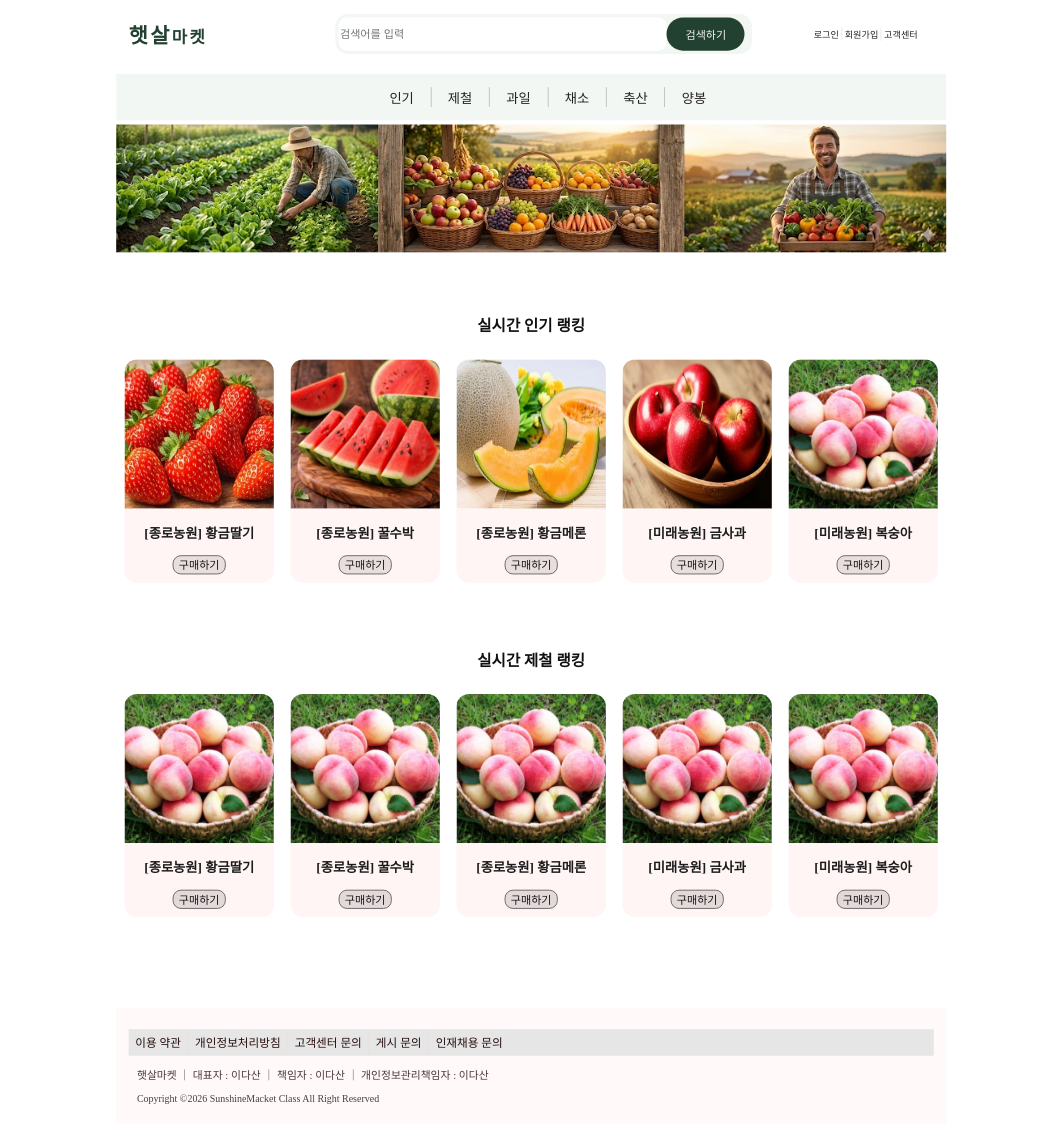
Repository: ham-zi/front-practice
Page: http://localhost/marketfresh/
The author's editor kept a copy of each file at every save. The page is drawn from the files as they stood at one save, then again after the next save.
The browser window is 1280 px wide. The pictures show the whole page, at 83% of full size.
The page is served by Tomcat 9. Nobody is signed in. The application's start-up code is not run. Other server files are loaded and not shown.

Above is the page before, as saved 2026-05-08 00:26:51.

### MINI_WEB-workspace/marketfresh/src/main/webapp/index.jsp
<%@ page language="java" contentType="text/html; charset=UTF-8"
    pageEncoding="UTF-8"%>
<%@ taglib prefix="c" uri="http://java.sun.com/jsp/jstl/core" %>

<!DOCTYPE html>
<html lang="en">
<head>
    <meta charset="UTF-8">
    <meta name="viewport" content="width=, initial-scale=1.0">
    <title>화면 구조 잡기</title>

    <style>
        #wrap, header, nav, main, footer {
            box-sizing: border-box;


        }
        #wrap{
            width : 1000px;
            height :1200px;
;
            margin : auto;
            display : flex;
            flex-direction: column;
        }

        header {
            flex : 1.5;
            display : flex;
            margin-bottom: 15px;
        }
        nav {
            flex : 0.5;
        }
        main {
            flex : 12;
            display : flex;
            flex-direction: column;
        }

        main > div {
        }

        footer {
            flex : 2;
        }

        #header_1{
            flex : 2;
            align-items: center;
    		justify-content: center;
    		padding : 15px;
        }

        #header_2{
            flex : 6;
        }
        #header_3{
            flex : 2;
        }

        #content_1{
            flex : 2;
        }

        #content_2{
            flex : 2;
        }

        #content_3{
            flex : 2;
        }
    </style>

    <link rel="stylesheet" href="/market/resources/css/footer.css">
    <link rel="stylesheet" href="/market/resources/css/searchform.css">
    <link rel="stylesheet" href="/market/resources/css/logo.css">
    <link rel="stylesheet" href="/market/resources/css/headerutil.css">
    <link rel="stylesheet" href="/market/resources/css/navbar.css">
    <link rel="stylesheet" href="/market/resources/css/content1.css">
    <link rel="styleSheet" href="/market/resources/css/main2.css">
    <link rel="styleSheet" href="/market/resources/css/main3.css">


</head>
<body>

    <div id="wrap">
        <header>
            <div id="header_1">
                <a href="#" id="logo_1">햇살<span id="logo_2">마켓</span></a>
            </div>

            <div id="header_2">
                <form action="search" method="get" id="search_form">
                    <div id="search_text">
                        <input type="text" name="query" placeholder="검색어를 입력">
                    </div>
                    <div id="search_btn">
                        <button>검색하기</button>
                    </div>
                </form>
            </div>

            <div id="header_3">
                <div id="util">

                	<c:choose>
					    <c:when test="${empty userInfo}">
		                	<form method="post" action="http://www.localhost:8088/market/login_page.do">
		                    	<button type="submit">로그인</button>
		                	</form>
		                	<form method="post" action="http://www.localhost:8088/market/enroll.do">
		                    	<button type="submit">회원가입</button>
	           			    </form>
					    </c:when>
	           			<c:otherwise>
		                	<form method="post" action="">
		                    	<button type="submit">로그아웃</button>
		                	</form>
		                	<form method="post" action="">
		                    	<button type="submit">장바구니</button>
		                	</form>
	           			</c:otherwise>
                	</c:choose>
                	<form method="" action="">
                    	<button type="submit">고객센터</button>
                	</form>


                </div>
            </div>
        </header>

        <nav>
            <ul id="navbar">
                <li><a href="#">인기</a></li>
                <li><a href="#">제철</a></li>
                <li><a href="#">과일</a></li>
                <li><a href="#">채소</a></li>
                <li><a href="#">축산</a></li>
                <li><a href="#">양봉</a></li>
            </ul>
        </nav>

        <main>
            <div id="content_1">
                <img src="/market/resources/image_upfiles/main.jpg" alt="농산물 이미지">
            </div>
                    <h3 id="content2_title">실시간 인기 랭킹</h3>
            <div id="content_2">
                <div>
                    <img src="/market/resources/image_upfiles/strawberry.jpg" alt="딸기이미지">
                    <div>
                        <p>[종로농원] 황금딸기</p>
                        <button>구매하기</button>
                    </div>
                </div>
                <div>
                    <img src="/market/resources/image_upfiles/watermelon.jpg" alt="">
                    <div>
                        <p>[종로농원] 꿀수박</p>
                        <button>구매하기</button>
                    </div>
                </div>
                <div>
                    <img src="/market/resources/image_upfiles/melon.jpg" alt="">
                    <div>
                        <p>[종로농원] 황금메론</p>
                        <button>구매하기</button>
                    </div>
                </div>
                <div>
                    <img src="/market/resources/image_upfiles/apple.jpg" alt="">
                    <div>
                        <p>[미래농원] 금사과</p>
                        <button>구매하기</button>
                    </div>
                </div>
                <div>
                    <img src="/market/resources/image_upfiles/peach.jpg" alt="">
                    <div>
                        <p>[미래농원] 복숭아</p>
                        <button>구매하기</button>
                    </div>
                </div>
            </div>
                    <h3 id="content2_title">실시간 제철 랭킹</h3>
            <div id="content_3">
                <div>
                    <img src="/market/resources/image_upfiles/peach.jpg" alt="딸기이미지">
                    <div>
                        <p>[종로농원] 황금딸기</p>
                        <button>구매하기</button>
                    </div>
                </div>
                <div>
                    <img src="/market/resources/image_upfiles/peach.jpg" alt="">
                    <div>
                        <p>[종로농원] 꿀수박</p>
                        <button>구매하기</button>
                    </div>
                </div>
                <div>
                    <img src="/market/resources/image_upfiles/peach.jpg" alt="">
                    <div>
                        <p>[종로농원] 황금메론</p>
                        <button>구매하기</button>
                    </div>
                </div>
                <div>
                    <img src="/market/resources/image_upfiles/peach.jpg" alt="">
                    <div>
                        <p>[미래농원] 금사과</p>
                        <button>구매하기</button>
                    </div>
                </div>
                <div>
                    <img src="/market/resources/image_upfiles/peach.jpg" alt="">
                    <div>
                        <p>[미래농원] 복숭아</p>
                        <button>구매하기</button>
                    </div>
                </div>
            </div>
        </main>

        <div id="footer">
            <ul id="footer_ul">
                <li>
                    <a href="#">이용 약관</a>
                </li>
                <li>
                    <a href="#">개인정보처리방침</a>
                </li>
                <li>
                    <a href="#">고객센터 문의</a>
                </li>
                <li>
                    <a href="#">게시 문의</a>
                </li>
                <li>
                    <a href="#">인재채용 문의</a>
                </li>
            </ul>
            <div id="footer_p">
                <p id="p_1">
                    햇살마켓 ｜ 대표자 : 이다산 ｜ 책임자 : 이다산 ｜  개인정보관리책임자 : 이다산

                </p>
                <p id="p_2">
                    Copyright ©2026 SunshineMacket Class All Right Reserved

                </p>
            </div>
        </div>
    </div>

</body>
</html>

### MINI_WEB-workspace/marketfresh/src/main/webapp/resources/css/footer.css
#footer {
    padding : 10px 15px;
    background-color: rgb(255, 249, 249);
}

#footer_ul{
    display : flex;
    margin-top : 15px;
    margin-bottom : 10px;
    background-color: rgb(230, 230, 230);
    padding : 2px 0px;
}

#footer_ul>li {
    list-style: none;
                padding: 0px 10px;
    border-right: 1px solid rgb(235, 225, 225);
    padding : 4px;
}

#footer_ul>li:last-child {
    border-right: none;
}

#footer_ul>li>a {
    text-decoration: none;
    font-size : 14px;
    color : rgb(39, 14, 14);
    font-weight : 400p;
    padding : 4px 4px;
    &:hover{
        color :black;
        font-weight : 500;
    }
}

#footer_p {
    padding-left : 10px;

}

#p_1{
    font-size : 13px;
    color : rgb(75, 55, 55);
    padding-top : 12;
}

#p_2{
    font-size : 12px;
    color :rgb(73, 63, 63)
}

### MINI_WEB-workspace/marketfresh/src/main/webapp/resources/css/searchform.css
#header_2{
    display : flex;
    align-items: center;
    justify-content: center;
}

#search_form{
    width : 85%;
    height : 40px;
    padding : 4px;
    border-radius: 15px;
    background-color: rgba(27, 94, 32, 0.05);
    display :flex;
}

#search_text{
    flex: 8;
}

#search_btn{
    flex: 2;
}

#search_text > input{
    width : 100%;
    height : 100%;
    border-radius: 10px;
    border : none;
    box-sizing: border-box;
    background-color: rgb(255, 255, 255);
    &:focus{
        outline: rgb(243, 243, 243);
    }
}

#search_btn > button {
    width: 95%;
    height: 100%;
    border-radius: 22px;
    border-style : none;
    background-image: none;
    background-color: rgb(35, 65, 48);
    color : rgb(243, 243, 243);
    &:hover {
        color: #fffefe;
        background-color: rgb(10, 29, 18);
        cursor:pointer;
    }
}

### MINI_WEB-workspace/marketfresh/src/main/webapp/resources/css/logo.css
#logo{
    display: flex;
    align-items: center;
    justify-content: center;
}

#logo_1{

    text-decoration: none;
    color: rgb(35, 65, 48);
    font-weight: 700;
    font-size : 25px;
    letter-spacing: 3px;
}

#logo_2{
    font-size : 20px;
}

### MINI_WEB-workspace/marketfresh/src/main/webapp/resources/css/headerutil.css
#header_3 {
    display : flex;
    align-items: center;
    justify-content: center;
}

#util {
		display : flex;
}

#util > form > button {
    background-color: white;
    color: rgb(34, 34, 34);
    border : none;
    outline: none;
    border-right : 1px solid rgb(221, 221, 221);
    text-decoration: none;
    padding : 0px 3px;
    font-size: 11px;
    &:hover {
        font-size: 13px;
        font-weight: 700;
    }
}

#util > form:last-child > button {
    border-right: none;
}

### MINI_WEB-workspace/marketfresh/src/main/webapp/resources/css/navbar.css
nav{
    background-color: rgba(27, 94, 32, 0.05);

}

nav > ul {
    display:flex;
    text-align: center;
    justify-content: center;
}

nav > ul > li {
    list-style: none;
    border-right : 1px solid rgb(187, 187, 187);
    padding : 0px 20px;
}

ul > :last-child {
    border-right : 0px;
}

nav > ul > li > a {
    text-decoration: none;
    color: rgb(34, 34, 34);

    &:hover{
        font-weight: 600;
        color :black
    }
}

### MINI_WEB-workspace/marketfresh/src/main/webapp/resources/css/content1.css
#content_1 > img {
  width: 100%;
  height: auto;
  padding-top: 5px;
  margin-bottom: 50px;
}

### MINI_WEB-workspace/marketfresh/src/main/webapp/resources/css/main2.css

#content2_title{
    text-align: center;
    color: rgb(17, 17, 17);
}

#content_2 {
    display: flex;
    margin-bottom: 50px;

}

#content_2>div {
    flex : 1px;
    margin : 10px;
    border-radius: 15px;
    display: flex;
    flex-direction: column;

}

#content_2>div>img{
    flex : 8;
    height : 40px;
    width: 100%;
    border-radius: 15px 15px 0px 0px;
    box-sizing: border-box;
}

#content_2>div {
    text-align: center;
}



#content_2>div>div{
    flex : 2;
    height: 100%;
    width : 100%;
    background-color: rgb(255, 245, 245);
    box-sizing: border-box;
    border-radius: 0px 0px 15px 15px;
    padding-bottom: 10px;
}

#content_2>div>div>p {
    color: rgb(27, 27, 27);
    text-align: center;
    font-weight: 600;
}

#content_2>div>div>button {
    border-radius: 10px;
    border : 1px solid rgb(85, 85, 85);
    color: rgb(22, 22, 22);
    background-color: rgba(206, 194, 194, 0.452);
}

### MINI_WEB-workspace/marketfresh/src/main/webapp/resources/css/main3.css
#content3_title{
    text-align: center;
    color: rgb(17, 17, 17);
}

#content_3 {
    display: flex;
    margin-bottom: 100px;

}

#content_3>div {
    flex : 1px;
    margin : 10px;
    border-radius: 15px;
    display: flex;
    flex-direction: column;

}

#content_3>div>img{
    flex : 8;
    height : 40px;
    width: 100%;
    border-radius: 15px 15px 0px 0px;
    box-sizing: border-box;
}

#content_3>div {
    text-align: center;
}



#content_3>div>div{
    flex : 2;
    height: 100%;
    width : 100%;
    background-color: rgb(255, 245, 245);
    box-sizing: border-box;
    border-radius: 0px 0px 15px 15px;
    padding-bottom: 10px;
}

#content_3>div>div>p {
    color: rgb(27, 27, 27);
    text-align: center;
    font-weight: 600;
}

#content_3>div>div>button {
    border-radius: 10px;
    border : 1px solid rgb(85, 85, 85);
    color: rgb(22, 22, 22);
    background-color: rgba(192, 181, 181, 0.452);
}

After the next save:
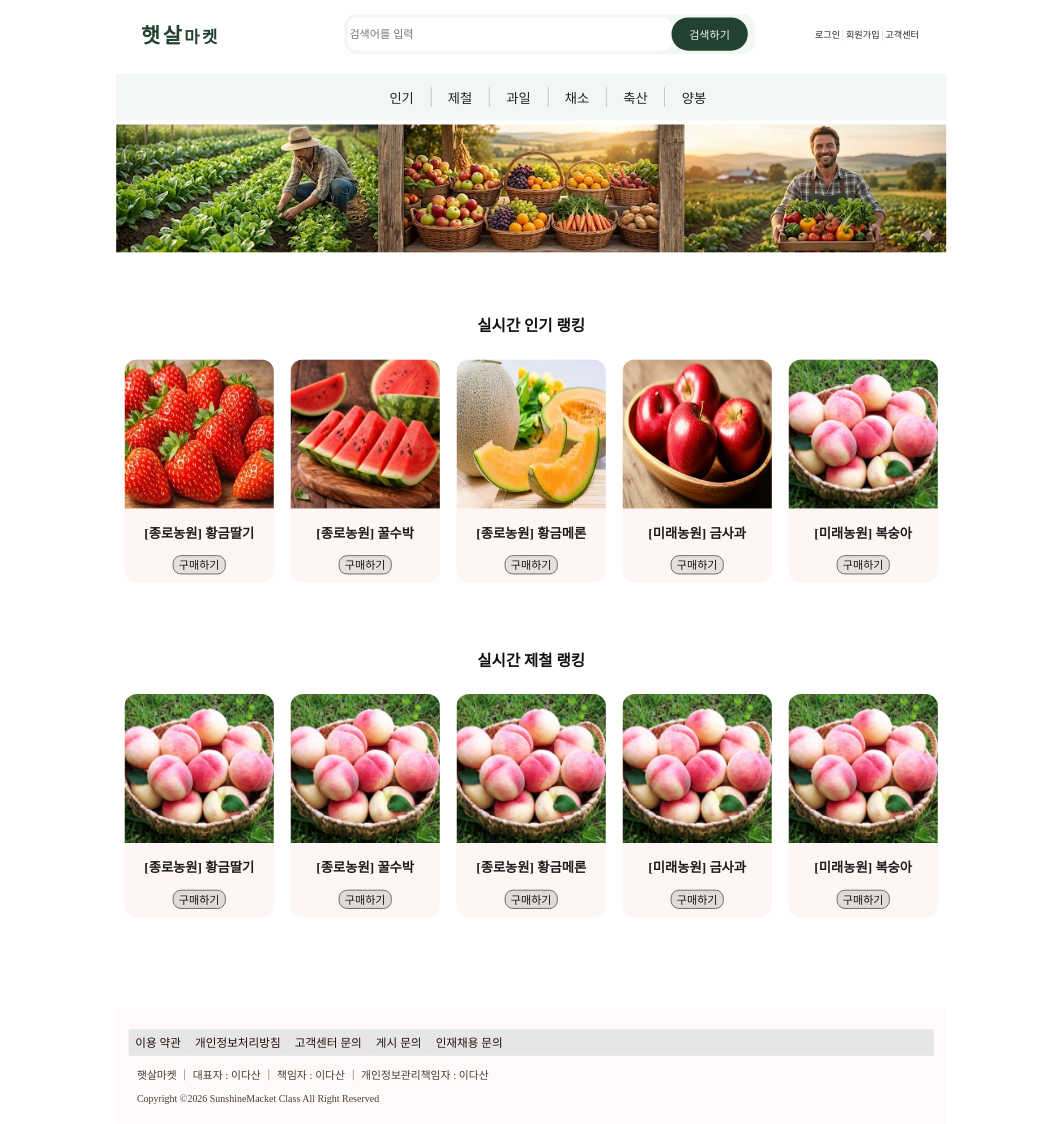
Saved 14 s later.
--- a/MINI_WEB-workspace/marketfresh/src/main/webapp/index.jsp
+++ b/MINI_WEB-workspace/marketfresh/src/main/webapp/index.jsp
@@ -50,6 +50,7 @@
             align-items: center;
     		justify-content: center;
     		padding : 15px;
+    		padding-left : 30px;
         }
 
         #header_2{

After the save that followed:
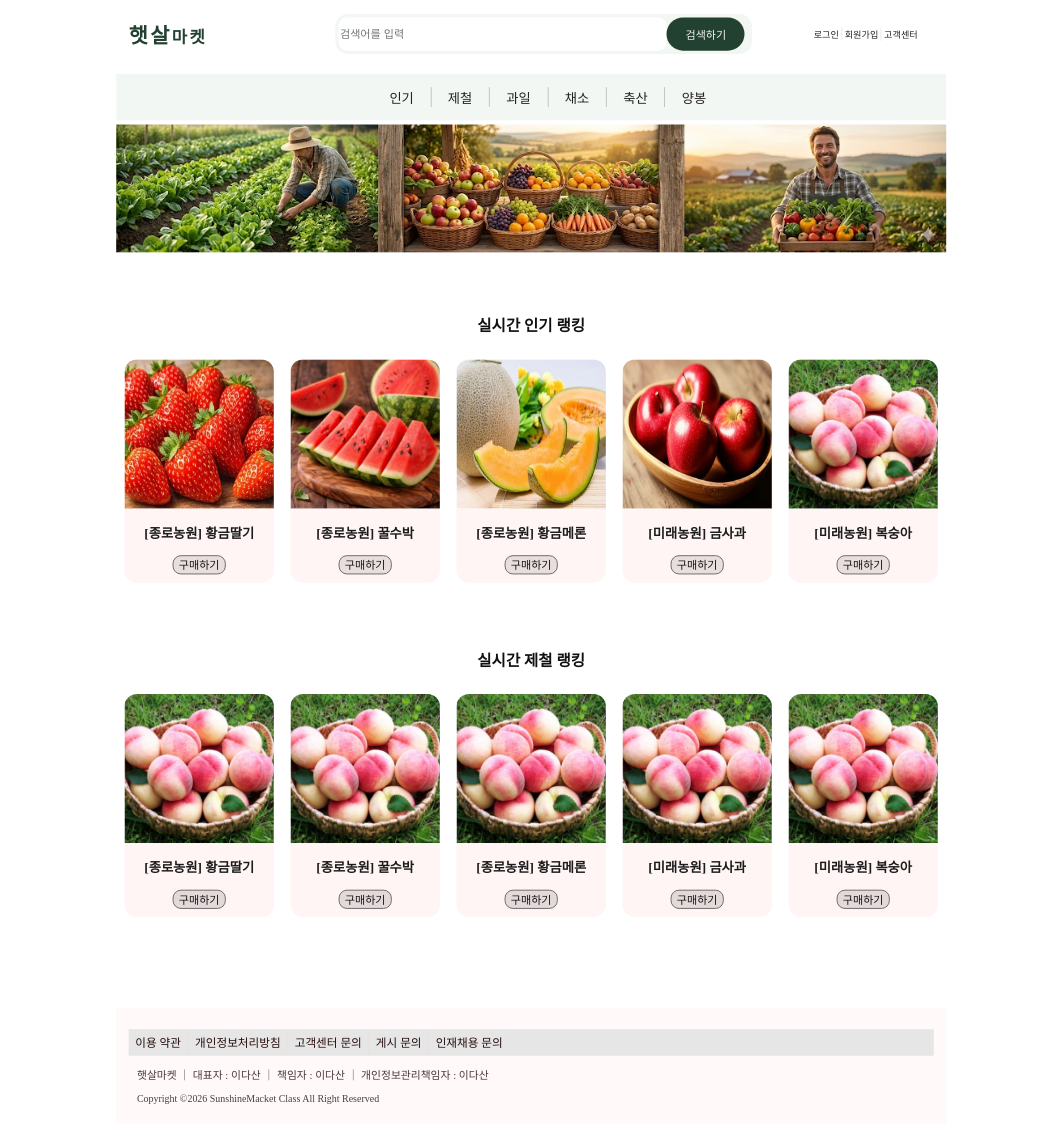
Saved 19 s later.
--- a/MINI_WEB-workspace/marketfresh/src/main/webapp/index.jsp
+++ b/MINI_WEB-workspace/marketfresh/src/main/webapp/index.jsp
@@ -50,7 +50,6 @@
             align-items: center;
     		justify-content: center;
     		padding : 15px;
-    		padding-left : 30px;
         }
 
         #header_2{
